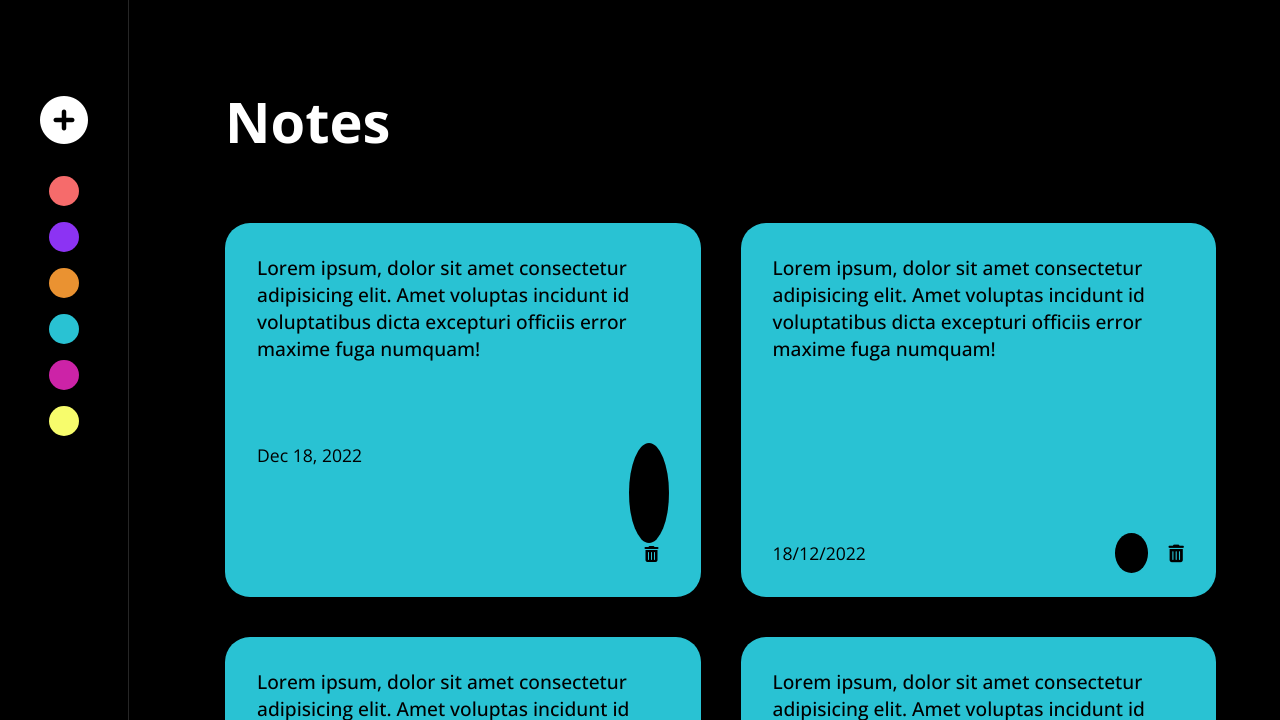
Repository: emiliaiwu/notes_app
Page: index.html
The author's editor kept a copy of each file at every save. The page is drawn from the files as they stood at one save, then again after the next save.
The browser window is 1280 px wide. The pictures show the whole page.
An inner scrolling area shows only its first screen. Some web libraries are served in a nearby version.

Above is the page before, as saved 2022-12-19 23:44:25.

### index.html
<!DOCTYPE html>
<html lang="en">
<head>
    <meta charset="UTF-8">
    <meta http-equiv="X-UA-Compatible" content="IE=edge">
    <meta name="viewport" content="width=device-width, initial-scale=1.0">
    <script src="https://kit.fontawesome.com/fd9c36575f.js" crossorigin="anonymous"></script>
    <link rel="stylesheet" href="style.css">
    <title>Notes App</title>
</head>
<body>
    <div class="container">
        <div class="add">
            <div class="add_card"><i class="fa-solid fa-circle-plus"></i></div>
            <ul class="card_colors">
                <li class="card_color c1"></li>
                <li class="card_color c2"></li>
                <li class="card_color c3"></li>
                <li class="card_color c4"></li>
                <li class="card_color c5"></li>
                <li class="card_color c6"></li>
            </ul>
        </div>
        <div class="cards_container">
            <h1>Notes</h1>
            <div class="cards">

                <div class="card">
                    <p class="text">
                        Lorem ipsum, dolor sit amet consectetur adipisicing elit. Amet voluptas incidunt id voluptatibus dicta excepturi officiis error maxime fuga numquam!
                    </p>
                    <span class="footer close">
                        <small class="date">Dec 18, 2022</small>
                        <div>
                           <div class="edit"><i class="fa-solid fa-pen"></i></div>
                           <div class="delete"><i class="fa-solid fa-trash-can"></i></div>
                        </div>
                    </span>
                    <span class="footer open">
                        <ul class="edit_settings">
                            <li class="bold"><i class="fa-solid fa-bold"></i></li>
                            <li class="italic"><i class="fa-solid fa-italic"></i></li>
                            <li class="underline"><i class="fa-solid fa-underline"></i></li>
                            <li class="strikethrough"><i class="fa-solid fa-strikethrough"></i></li>
                            <li class="toggleBtn"><i class="fa-solid fa-list-ul"></i></li>
                            <li class="add_image"><i class="fa-solid fa-image"></i></li>
                        </ul>
                    </span>
                </div>

                <div class="card">
                    <span class="text">
                        Lorem ipsum, dolor sit amet consectetur adipisicing elit. Amet voluptas incidunt id voluptatibus dicta excepturi officiis error maxime fuga numquam!
                    </span>
                    <span class="footer close">
                        <small class="date">18/12/2022</small>
                        <span>
                           <small class="edit"><i class="fa-solid fa-pen"></i></small>
                           <small class="delete"><i class="fa-solid fa-trash-can"></i></small>
                        </span>
                    </span>
                    <span class="footer open">
                        <ul class="edit_settings">
                            <li class="bold"><i class="fa-solid fa-bold"></i></li>
                            <li class="italic"><i class="fa-solid fa-italic"></i></li>
                            <li class="underline"><i class="fa-solid fa-underline"></i></li>
                            <li class="strikethrough"><i class="fa-solid fa-strikethrough"></i></li>
                            <li class="toggleBtn"><i class="fa-solid fa-list-ul"></i></li>
                            <li class="add_image"><i class="fa-solid fa-image"></i></li>
                        </ul>
                    </span>
                </div>

                <div class="card">
                    <span class="text">
                        Lorem ipsum, dolor sit amet consectetur adipisicing elit. Amet voluptas incidunt id voluptatibus dicta excepturi officiis error maxime fuga numquam!
                    </span>
                    <span class="footer close">
                        <small class="date">18/12/2022</small>
                        <span>
                           <small class="edit"><i class="fa-solid fa-pen"></i></small>
                           <small class="delete"><i class="fa-solid fa-trash-can"></i></small>
                        </span>
                    </span>
                    <span class="footer open">
                        <ul class="edit_settings">
                            <li class="bold"><i class="fa-solid fa-bold"></i></li>
                            <li class="italic"><i class="fa-solid fa-italic"></i></li>
                            <li class="underline"><i class="fa-solid fa-underline"></i></li>
                            <li class="strikethrough"><i class="fa-solid fa-strikethrough"></i></li>
                            <li class="toggleBtn"><i class="fa-solid fa-list-ul"></i></li>
                            <li class="add_image"><i class="fa-solid fa-image"></i></li>
                        </ul>
                    </span>
                </div>

                <div class="card">
                    <span class="text">
                        Lorem ipsum, dolor sit amet consectetur adipisicing elit. Amet voluptas incidunt id voluptatibus dicta excepturi officiis error maxime fuga numquam!
                    </span>
                    <span class="footer close">
                        <small class="date">18/12/2022</small>
                        <span>
                           <small class="edit"><i class="fa-solid fa-pen"></i></small>
                           <small class="delete"><i class="fa-solid fa-trash-can"></i></small>
                        </span>
                    </span>
                    <span class="footer open">
                        <ul class="edit_settings">
                            <li class="bold"><i class="fa-solid fa-bold"></i></li>
                            <li class="italic"><i class="fa-solid fa-italic"></i></li>
                            <li class="underline"><i class="fa-solid fa-underline"></i></li>
                            <li class="strikethrough"><i class="fa-solid fa-strikethrough"></i></li>
                            <li class="toggleBtn"><i class="fa-solid fa-list-ul"></i></li>
                            <li class="add_image"><i class="fa-solid fa-image"></i></li>
                        </ul>
                    </span>
                </div>


            </div>
        </div>




    </div>

</body>
</html>

### style.css
@import url('https://fonts.googleapis.com/css2?family=Open+Sans:wght@300;400;500;700&display=swap');


* {
    margin: 0;
    padding: 0;
    box-sizing: border-box;
    list-style-type: none;

}

body {
    font-family: 'Open Sans', sans-serif;
    width: 100vw;
    height: 100vh;
    background-color: #000;
    color: #fff;

}

h1 {
    font-size: 3.5rem;
    margin-bottom: 4rem;
    color: #fff;
}

.container {
    display: flex;
    width: 100%;
    height: 100%;
    gap: 2rem;
}

.add {
    border-right: 1px solid rgba(255, 255, 255, 0.15);
    min-height: 100vh;
    display: flex;
    flex-direction: column;
    align-items: center;
    padding: 6rem 2.5rem;

}

.card_color {
    width: 30px;
    height: 30px;
    border-radius: 50%;
    margin-bottom: 1rem;

}

.fa-circle-plus {
    font-size: 3rem;
    margin-bottom: 2rem;
}

.c1 {
    background-color: #F66B6B;
}

.c2 {
    background-color: #8C33F3;
}

.c3 {
    background-color: #EA9231;
}

.c4 {
    background-color: #29C2D3;
}

.c5 {
    background-color: #CC23A7;
}

.c6 {
    background-color: #F7FC6C;
}






/* CARDS CONTAINER */

.cards_container {
    padding: 5.2rem 4rem;
    height: 100%;
    overflow-y: scroll;
    width: 100%;
    color: #000;
}

.cards {
    display: grid;
    grid-template-columns: repeat(auto-fit, minmax(19rem, 1fr));
    gap: 2.5rem;
}

.card {
    display: flex;
    flex-direction: column;
    justify-content: space-between;
    background-color: #29C2D3;
    padding: 2rem 2rem 1rem 2rem;
    border-radius: 25px;
}

.close,
.edit_settings {
    display: flex;
    justify-content: space-between;

}

.text {
    margin-bottom: 5rem;
    font-size: 1.2rem;
    font-weight: 500;
    line-height: 1.4;
}




small {
    font-size: 1.1rem;
}

.edit {
    background-color: #000;
    width: 40px;
    height: 100px;
    padding: .5rem;
    border-radius: 50%;
}

.fa-trash-can {
    margin-left: 1rem;
}






.edit_settings {
    border-top: 1px solid rgba(0, 0, 0, 0.178);;
    width: 100%;
    padding: 1rem;
}

ul li i {
    font-size: 1.2rem;
}












/* OPEN AND CLOSE FUNCTIONALITY */

.open {
    display: none;

}

.close {
    padding-bottom: 1rem;
}

After the next save:
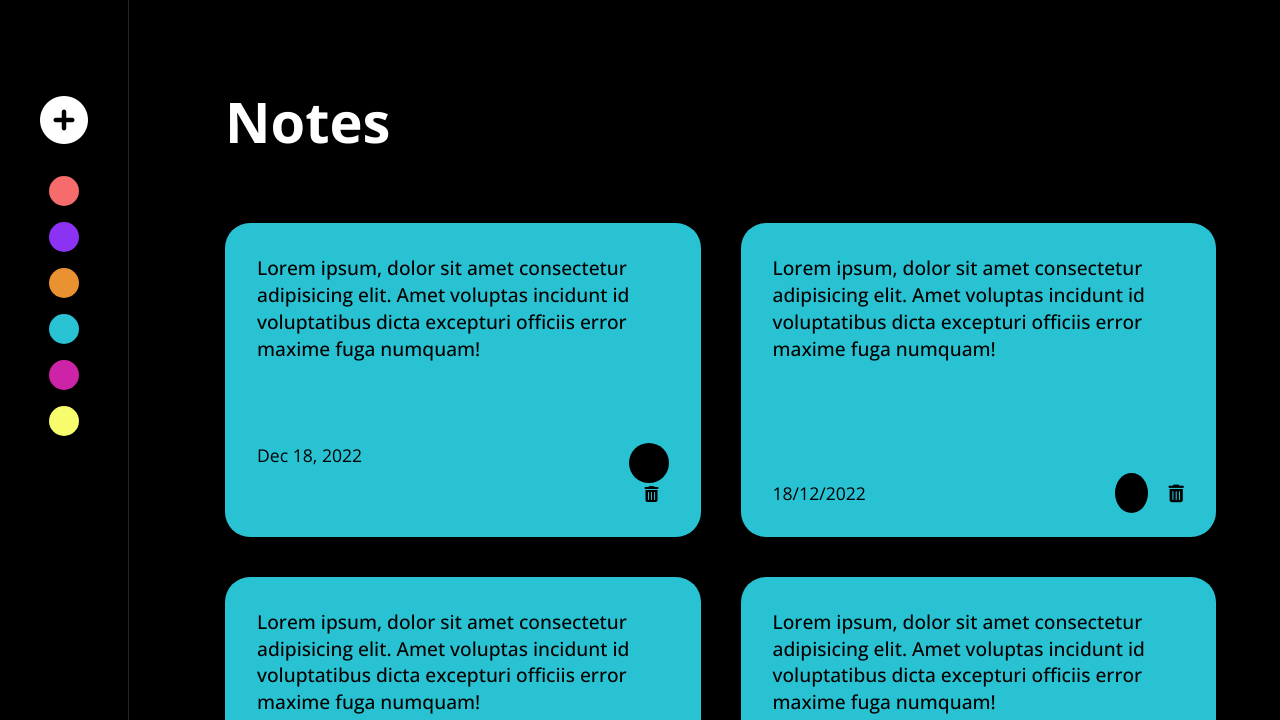
Saved 5 s later.
--- a/style.css
+++ b/style.css
@@ -132,7 +132,7 @@ small {
 .edit {
     background-color: #000;
     width: 40px;
-    height: 100px;
+    height: 40px;
     padding: .5rem;
     border-radius: 50%;
 }
